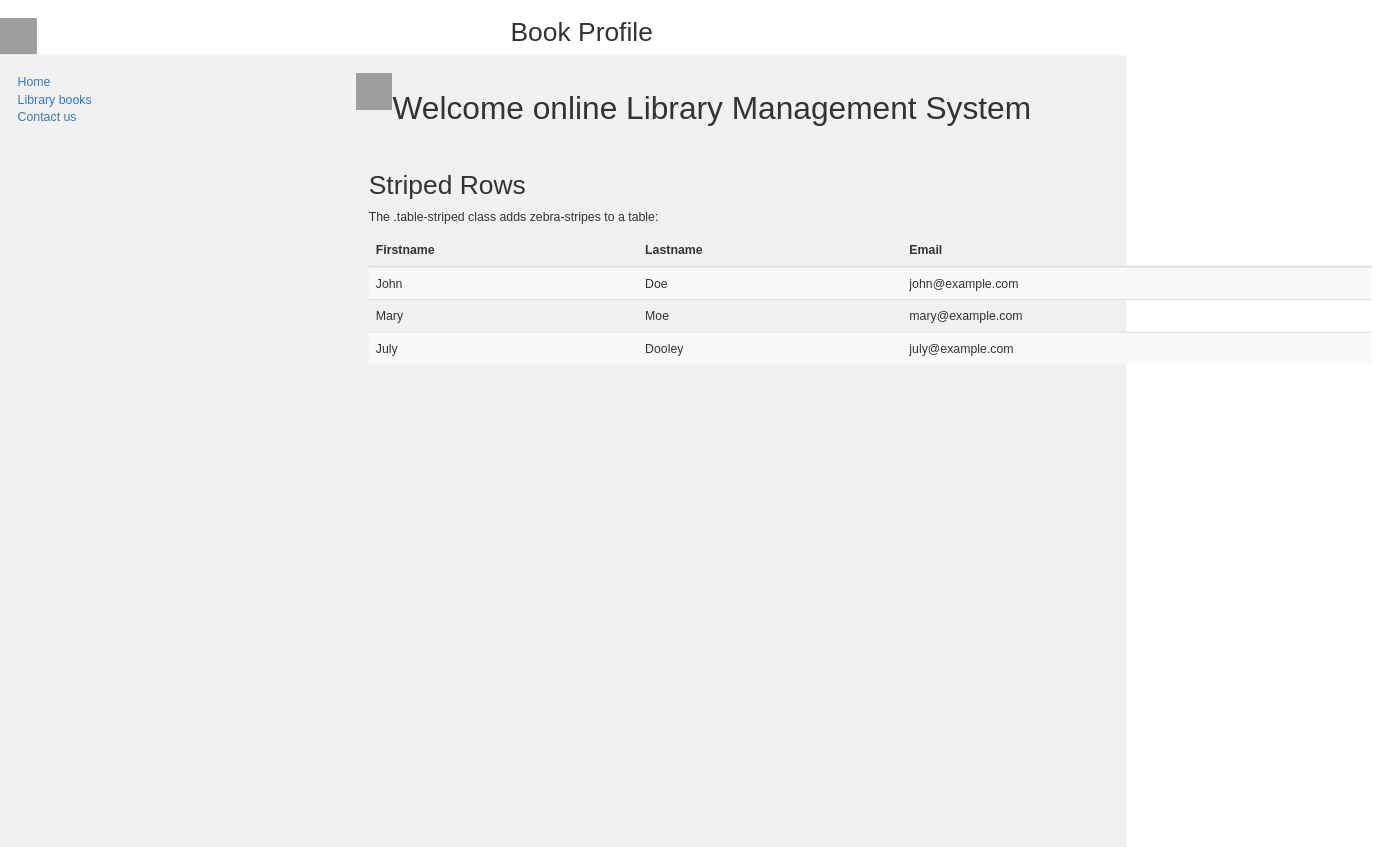
Repository: sandunigayanjali/Library_System
Page: http://localhost/library_management/bookProfille.jsp
These files come from the project's save history. The page is drawn as it stood at one moment and after the next save; the edit follows.
The browser window is 1280 px wide. The page is 1574 px wide, so the pictures cover 1574 px, including what lies to the right of the window. The pictures show the whole page, at 88% of full size.
Pictures or frames that could not be fetched are drawn as grey boxes. The page is served by Tomcat 9.

Above is the page before, as saved 2018-11-24 12:41:38.

After the next save:
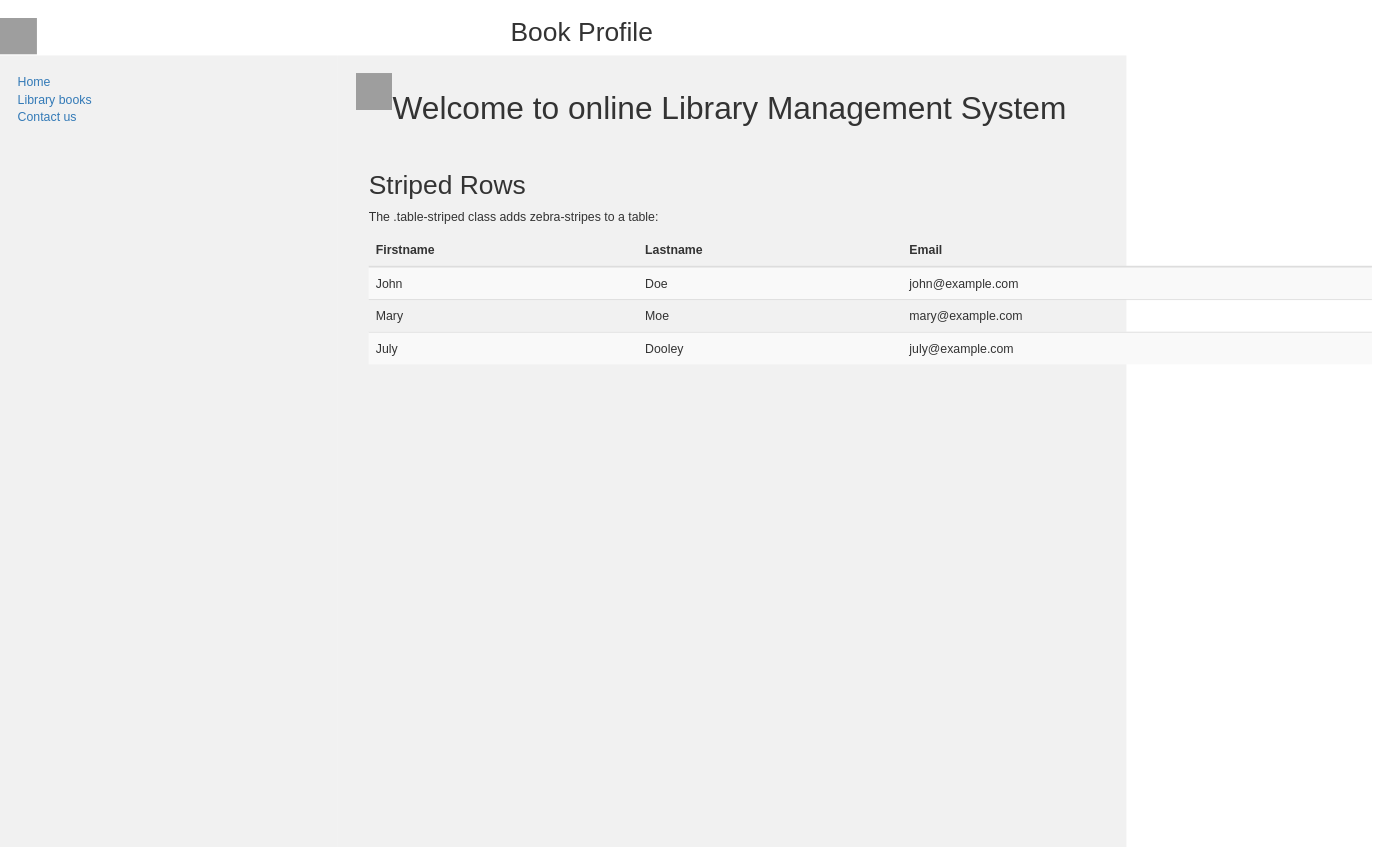
Saved 20 s later.
--- a/library management/WebContent/bookProfille.jsp
+++ b/library management/WebContent/bookProfille.jsp
@@ -92,7 +92,7 @@
   <article>
 
 <image> <img src="E:\desktop\level 2 semester 2\PROJECT\lib.jpg" alt="HTML tutorial" style="float:left;width:42px;height:42px;border:0;"></image><br>
-    <h1>Welcome online Library Management System</h1>
+    <h1>Welcome to online Library Management System</h1>
 
     <br>
     <div class="container">
